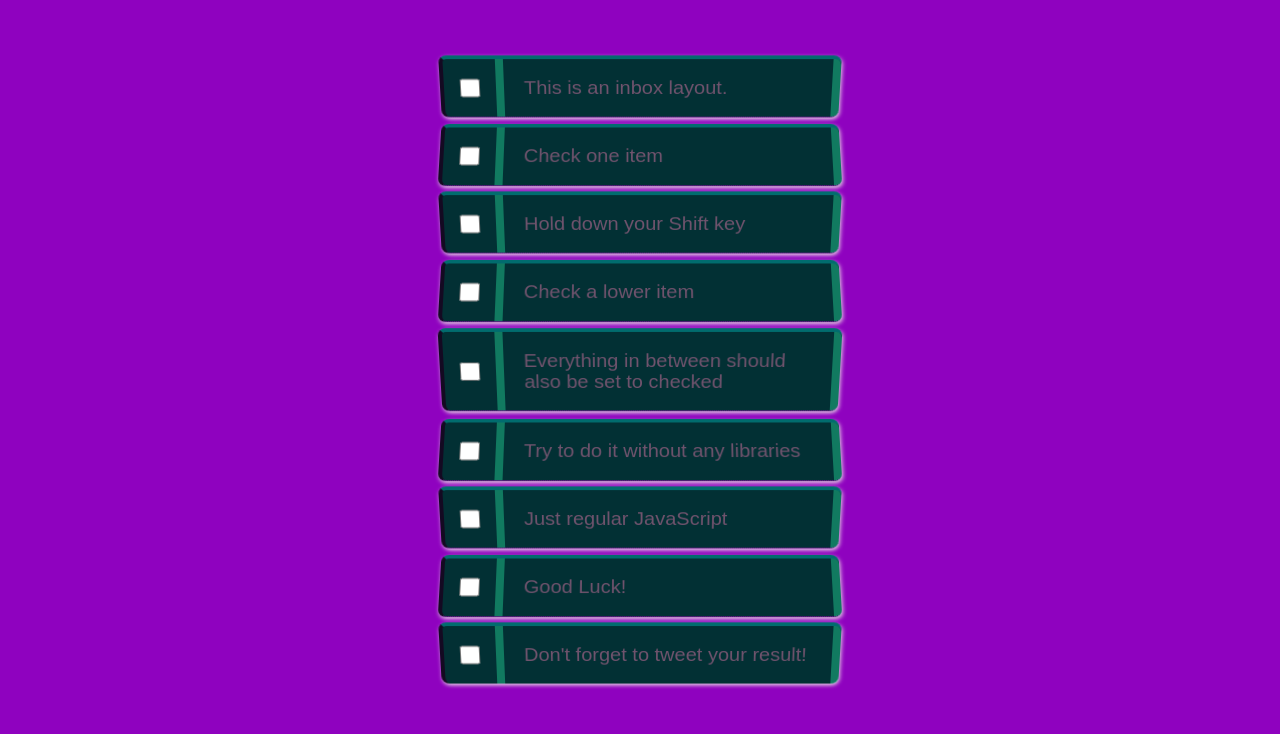
Repository: Freezler/Shift-Select-Checkboxes
Page: index.html
These files come from the project's save history. The page is drawn as it stood at one moment and after the next save; the edit follows.
The browser window is 1280 px wide. The pictures show the whole page.

Above is the page before, as saved 2024-09-07 23:21:54.

### index.html
<!DOCTYPE html>
<html lang="en">

<head>
  <meta charset="UTF-8">
  <title>Hold Shift to Check Multiple Checkboxes</title>
  <link rel="icon" href="https://fav.farm/🔥" />
</head>

<body>
  <style>
    :root {
      --background-color: rgb(143, 2, 191);
      --border-color: hsla(292, 94%, 6%, 0.8);

    }

    html {
      font-family: sans-serif;
      font-weight: 500;
      background: var(--background-color);
      user-select: none;
    }




    .inbox {
      max-width: 400px;
      margin: 50px auto;
      gap: 0px;
      border-radius: 5px;
      display: flex;
      flex-direction: column;
      background: var(--background-color);
    }

    .item {
      display: flex;
      transition: all 0.3s ease-in-out;
      border-inline-start: 4px solid var(--border-color);
      border-block-start: 4px inset rgba(0, 255, 255, 0.497);
      box-shadow: 1px 2px 4px rgba(244, 249, 232, 0.847);
      border-bottom: 1px dotted #b908d0;
      color: rgb(112, 83, 109);
      border-radius: 8px;
      background: rgb(2, 48, 52);
    }

    .item:last-child {
      border-bottom: 0;
    }



    input[type="checkbox"] {
      accent-color: #7c0529ef;
      margin: 16px;
      width: 20px;
    }

    input:checked+p {
      background: #a3045131;
      text-decoration: line-through;
      color: cornsilk;
      border-inline: 8px solid #5e057cef;
      transition: all 0.9s ease-in-out;
      border-radius: 99px;



    }



    .inbox .item:nth-child(even) {
      transform: perspective(1500px) rotateX(24deg) translateY(3px) scale(1.001);

    }

    .inbox .item:nth-child(odd) {
      transform: perspective(1500px) rotateX(-24deg) translateY(3px) scale(1.001);

    }

    .item:nth-child(odd):hover {
      transform: perspective(400px) rotateX(24deg) translateY(3px);

    }

    .item:nth-child(even):hover {
      transform: perspective(400px) rotateX(-24deg) translateY(3px);

    }

    .item:nth-child(even) {
      transform: perspective(1500px) rotateX(-24deg) translateY(3px);

    }

    p {
      margin: 0;
      padding: 20px;
      transition: background 0.3s;
      flex: 1;
      font-size: 20px;
      font-weight: 200;
      border-inline: 8px solid #23cc9178;
      border-inline-end: 8px solid #23cc9178;
      border-start-end-radius: 6px;
      border-end-end-radius: 6px;
    }
  </style>
  <!--  The following is a common layout you would see in an email client.
        When a user clicks a checkbox, holds Shift, and then clicks another checkbox a few rows down, all the checkboxes in between those two checkboxes should be checked.

  -->
  <div class="inbox">
    <div class="item">
      <input type="checkbox">
      <p>This is an inbox layout.</p>
    </div>
    <div class="item">
      <input type="checkbox">
      <p>Check one item</p>
    </div>
    <div class="item">
      <input type="checkbox">
      <p>Hold down your Shift key</p>
    </div>
    <div class="item">
      <input type="checkbox">
      <p>Check a lower item</p>
    </div>
    <div class="item">
      <input type="checkbox">
      <p>Everything in between should also be set to checked</p>
    </div>
    <div class="item">
      <input type="checkbox">
      <p>Try to do it without any libraries</p>
    </div>
    <div class="item">
      <input type="checkbox">
      <p>Just regular JavaScript</p>
    </div>
    <div class="item">
      <input type="checkbox">
      <p>Good Luck!</p>
    </div>
    <div class="item">
      <input type="checkbox">
      <p>Don't forget to tweet your result!</p>
    </div>
  </div>

  <script>
    const checkboxes = document.querySelectorAll('.inbox input[type="checkbox"]');

    checkboxes.forEach(checkbox => checkbox.addEventListener('click', handleCheck))

    let lastChecked;

    function handleCheck(e) {
      // check for shift-press && checked
      let inBetween = false;
      // loop over every single checkbox
      if (e.shiftKey && this.checked) {
        checkboxes.forEach(checkbox => {
          if (checkbox === this || checkbox === lastChecked) {
            inBetween = !inBetween
          }
          if (inBetween) {
            checkbox.checked = true
          }
        })
      }

      if (e.shiftKey && this.checked) {
        console.log("haha it's clicked with shift down AND checked!")
      }
      if (e.shiftKey && !this.checked) {
        console.log("haha it's clicked with shift down but not checked!")
      }
      lastChecked = this;
    }

  </script>
</body>

</html>

After the next save:
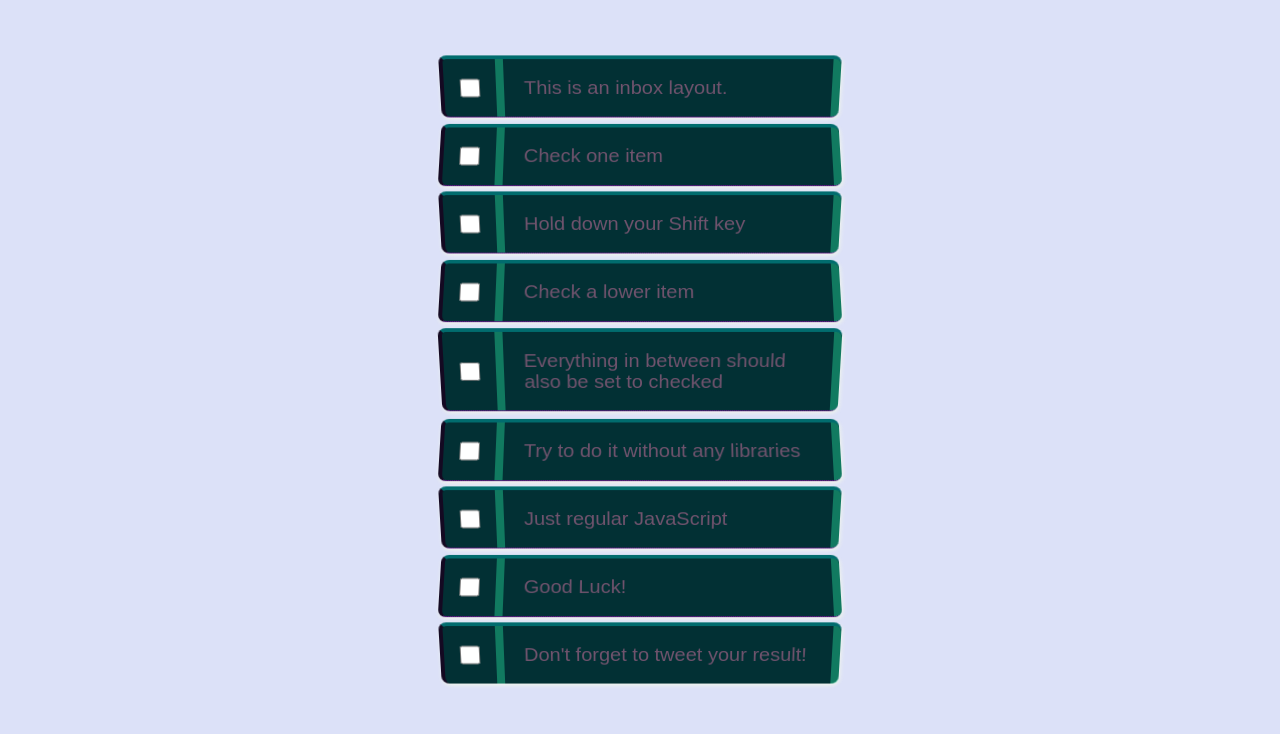
Saved 22 s later.
--- a/index.html
+++ b/index.html
@@ -10,7 +10,7 @@
 <body>
   <style>
     :root {
-      --background-color: rgb(143, 2, 191);
+      --background-color: rgb(220, 225, 248);
       --border-color: hsla(292, 94%, 6%, 0.8);
 
     }
